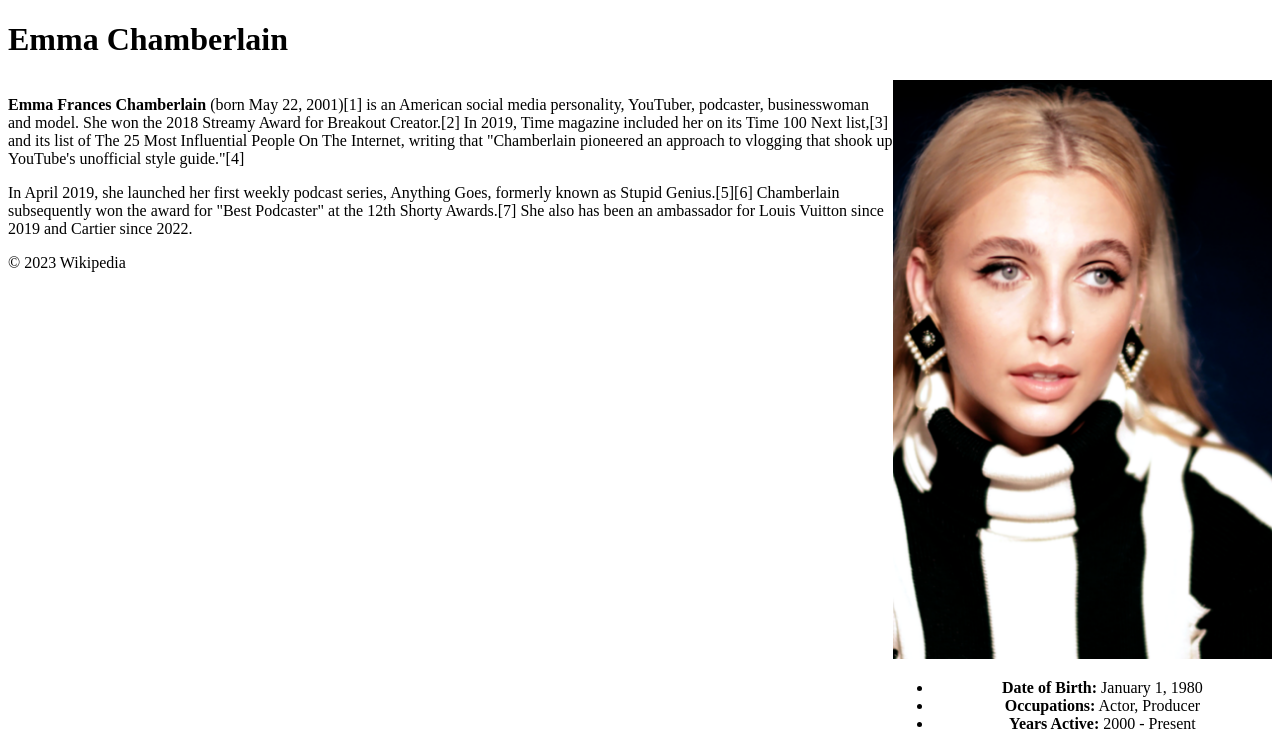
Repository: ethan-schrauf/UniversalDesignWebsite
Page: wikipedia.html
These files come from the project's save history. The page is drawn as it stood at one moment and after the next save; the edit follows.
The browser window is 1280 px wide. The pictures show the whole page.

Above is the page before, as saved 2023-09-29 22:42:27.

After the next save:
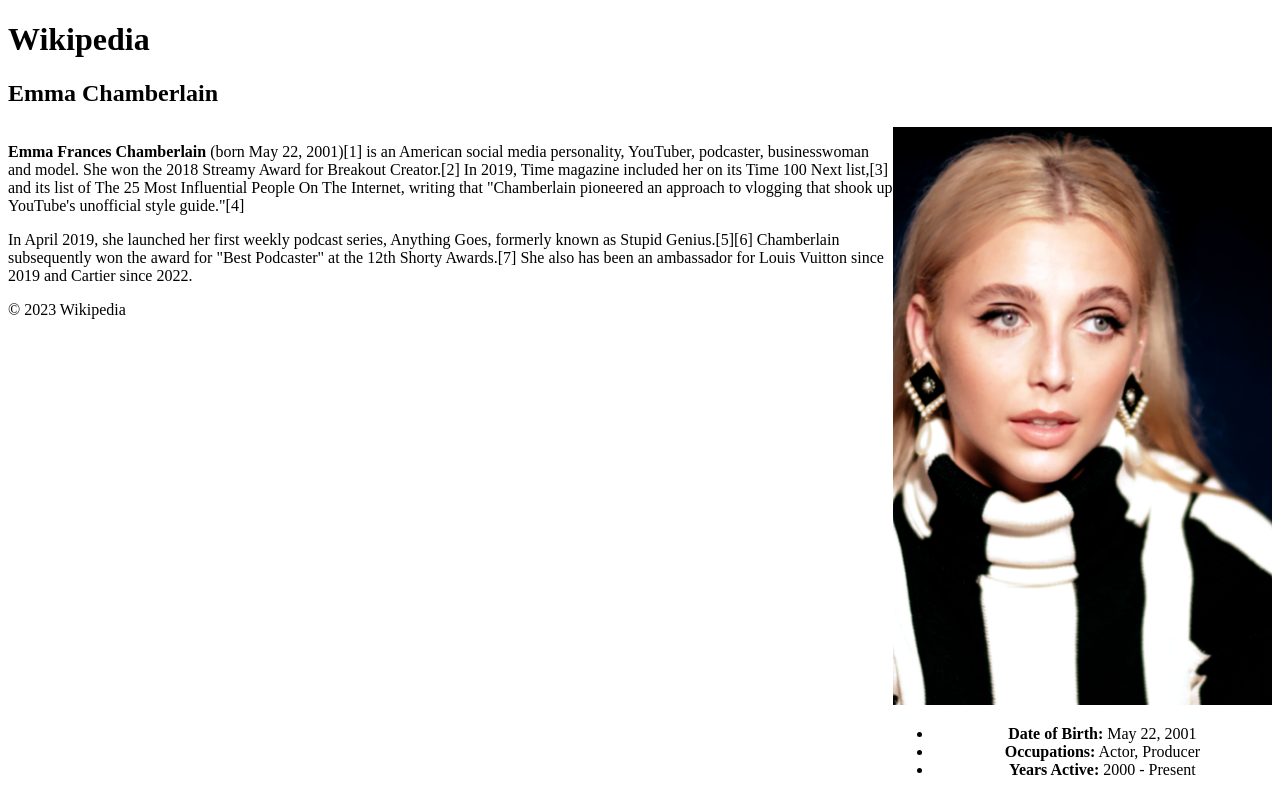
Saved 61 s later.
--- a/wikipedia.html
+++ b/wikipedia.html
@@ -25,11 +25,12 @@
 
 <!-- Header -->
 <header>
-    <h1>Emma Chamberlain</h1>
+    <h1>Wikipedia</h1>
 </header>
 
 <!-- Main content -->
 <main>
+    <h2>Emma Chamberlain</h2>
 
     <!-- Intro paragraph -->
     <section id="intro">
@@ -42,7 +43,7 @@
     <section id="infobox">
         <img src="images/emma_info_photo.png" alt="Emma Chamberlain in a black striped sweater with black and gold earrings.">
         <ul>
-            <li><b>Date of Birth:</b> January 1, 1980</li>
+            <li><b>Date of Birth:</b> May 22, 2001</li>
             <li><b>Occupations:</b> Actor, Producer</li>
             <li><b>Years Active:</b> 2000 - Present</li>
         </ul>
